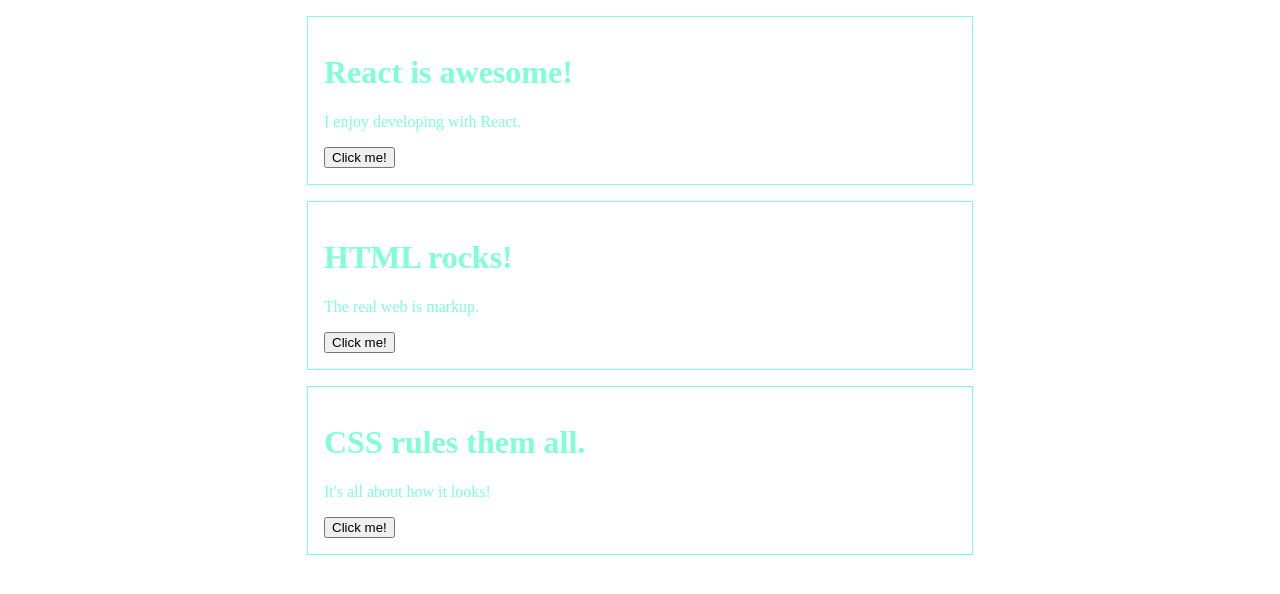
Repository: j1s00jang/frontend_bookstore
Page: /
These files come from the project's save history. The page is drawn as it stood at one moment and after the next save; the edit follows.
The browser window is 1280 px wide. The pictures show the whole page.
The project was rebuilt for these pictures with package versions that can differ from the ones it lists, and the page was loaded fresh each time. Also part of the build but not shown: vite.config.js.

Above is the page before, as saved 2025-09-08 16:02:44.

### index.html
<!DOCTYPE html>
<html lang="en">
    <head>
        <meta charset="UTF-8" />
        <link
            rel="icon"
            type="image/svg+xml"
            href="/favicon.ico"
        />
        <meta
            name="viewport"
            content="width=device-width, initial-scale=1.0"
        />
        <title>Let's grab a bagel with Shema!</title>
    </head>
    <body>
        <div id="root">
            <!-- YOUR APPLICATION LIVES HERE -->
        </div>
        <script
            type="module"
            src="/src/main.jsx"
        ></script>
    </body>
</html>

### src/index.css
.excerpt {
    width: 50%;
    padding: 1em;
    margin: 1em auto;
    border: 1px solid;
    color: aquamarine;
}

### src/App.jsx
function App() {
    return (
        <div>
            <Excerpt
                title="React is awesome!"
                body="I enjoy developing with React."
            />
            <Excerpt
                title="HTML rocks!"
                body="The real web is markup."
            />
            <Excerpt
                title="CSS rules them all."
                body="It's all about how it looks!"
            />
        </div>
    );
}

function Excerpt(props) {
    return (
        <div className="excerpt">
            <h1>{props.title}</h1>
            <p>{props.body}</p>
            <button>Click me!</button>
        </div>
    );
}
export default App;

Loaded but not shown: src/main.jsx (common file)

After the next save:
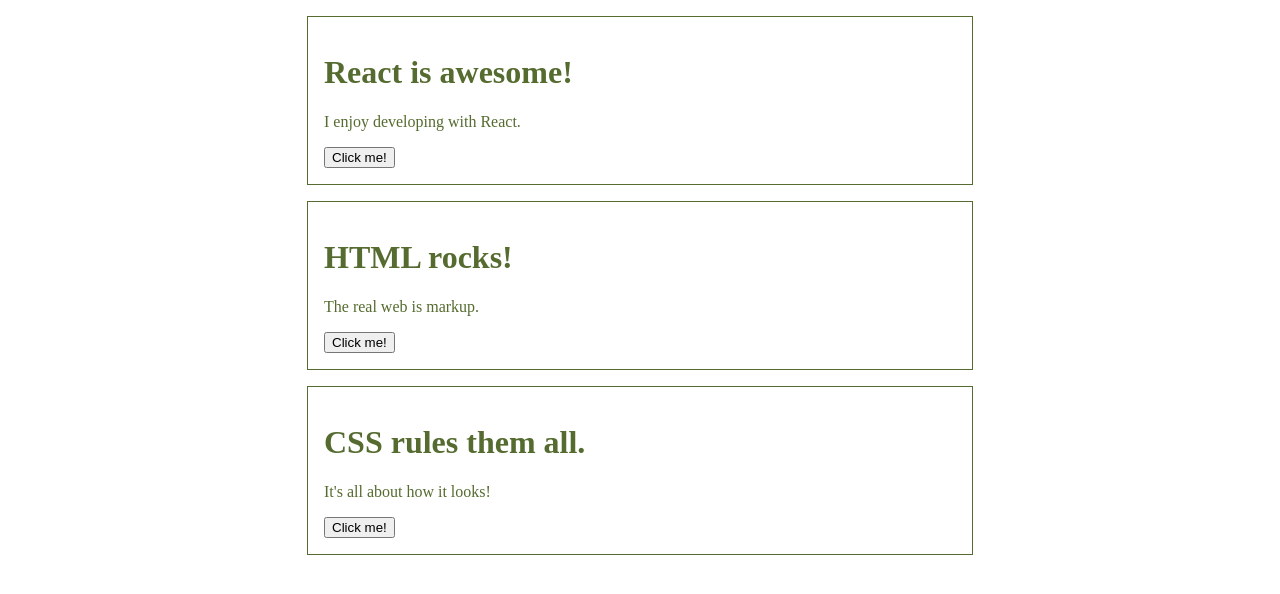
Saved 11 s later.
--- a/src/index.css
+++ b/src/index.css
@@ -3,5 +3,5 @@
     padding: 1em;
     margin: 1em auto;
     border: 1px solid;
-    color: aquamarine;
+    color: darkolivegreen;
 }
